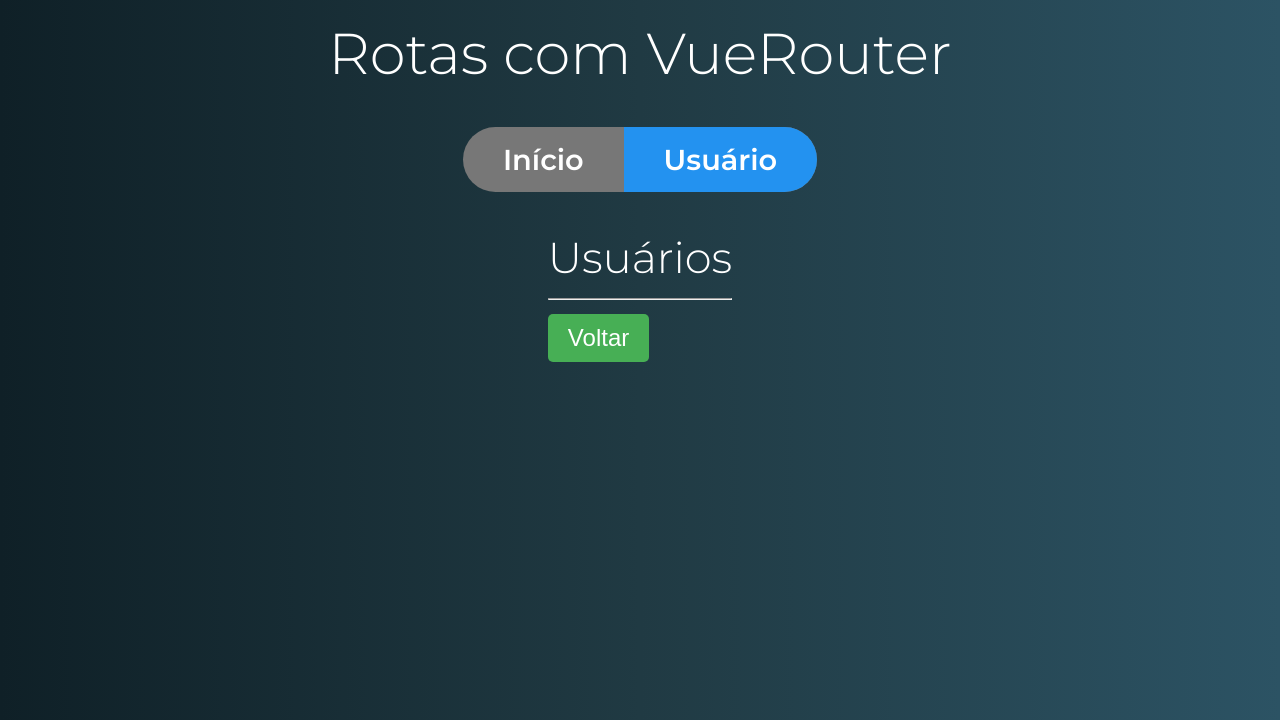
Repository: LucianoBitt/Curso_VueJS
Page: /usuario/10 (app in 14_rotas/rotas-exercicios/)
An editor plug-in stored every save of this project. The page is shown before and after the next save, followed by the edit.
The browser window is 1280 px wide. The pictures show the whole page.
The project was rebuilt for these pictures with package versions that can differ from the ones it lists, and the page was loaded fresh each time. Also part of the build but not shown: 14_rotas/rotas-exercicios/src/components/Inicio.vue.

Above is the page before, as saved 2024-01-30 15:30:23.

### 14_rotas/rotas-exercicios/src/main.js
import '@/style.css'
import Vue from 'vue'
import App from '@/App.vue'
import router from '@/router'

Vue.config.productionTip = false

new Vue({
    router,
    render: h => h(App),
}).$mount('#app')

### 14_rotas/rotas-exercicios/src/App.vue
<template>
	<div id="app">
		<h1>Rotas com VueRouter</h1>
		<Menu />
		<router-view />
	</div>
</template>

<script>
import Menu from '@/components/template/Menu'
export default {
	components: { Menu },
}
</script>

<style>
	#app {
		display: flex;
		flex-direction: column;
		align-items: center;
	}
</style>

### 14_rotas/rotas-exercicios/src/router.js
import Vue from 'vue'
import Router from 'vue-router'
import Inicio from '@/components/Inicio'
import Usuario from '@/components/usuario/Usuario'

Vue.use(Router)

export default new Router({
    mode: 'history' + '',
    routes: [{
        path: '/',
        component: Inicio
    }, {
        path: '/usuario/:id',
        component: Usuario
    }]
})

### 14_rotas/rotas-exercicios/src/components/template/Menu.vue
<template>
	<nav class="menu">
		<ul>
			<router-link to="/" tag="li" active-class="active" exact>
				<a>Início</a></router-link>
			<router-link to="/usuario/10" tag="li" active-class="active">
				<a>Usuário</a></router-link>
		</ul>
	</nav>
</template>

<script>
export default {

}
</script>

<style>

</style>

### 14_rotas/rotas-exercicios/src/components/usuario/Usuario.vue
<template>
	<div class="usuario">
		<h2>Usuários</h2>
		<hr>
		<button sucesso @click="irParaInicio">Voltar</button>
	</div>
</template>

<script>
export default {
	methods: {
		irParaInicio() {
			// this.$router.push('/')
			this.$router.push({ path: '/'})
		}
	}
}
</script>

<style>

</style>

Loaded but not shown: 14_rotas/rotas-exercicios/public/index.html (common file); 14_rotas/rotas-exercicios/src/style.css (common file)

After the next save:
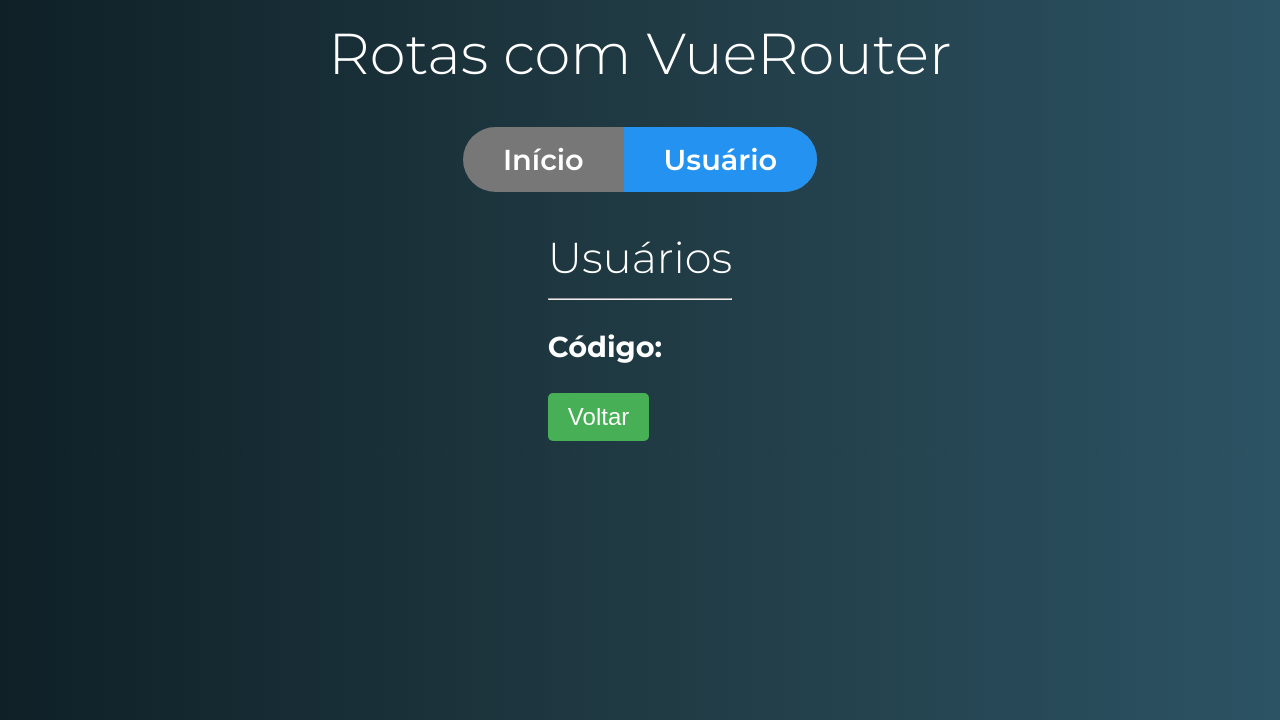
Saved 4 min 11 s later.
--- a/14_rotas/rotas-exercicios/src/components/usuario/Usuario.vue
+++ b/14_rotas/rotas-exercicios/src/components/usuario/Usuario.vue
@@ -2,6 +2,7 @@
 	<div class="usuario">
 		<h2>Usuários</h2>
 		<hr>
+		<p><strong>Código:</strong></p>
 		<button sucesso @click="irParaInicio">Voltar</button>
 	</div>
 </template>
